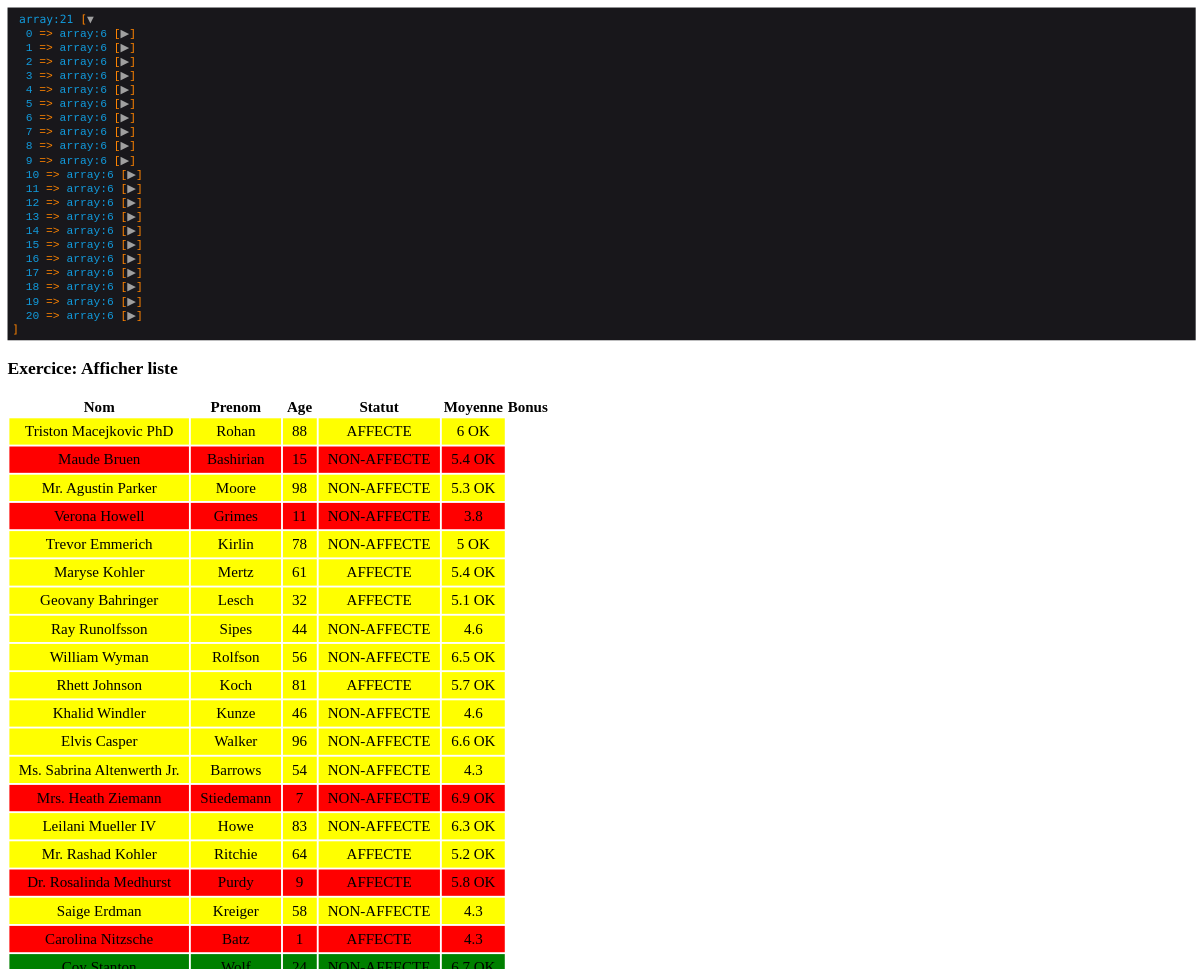
Repository: Bfabien99/PHPREPO
Page: http://localhost/
An editor plug-in stored every save of this project. The page is shown before and after a run of saves, followed by the edit.
The browser window is 1280 px wide. The pictures show the whole page, at 94% of full size.
The page is run by PHP 8.4 with error messages shown; the project is at /var/www/html/.

Above is the page before, as saved 2021-12-10 12:17:07.

After the next 3 saves:
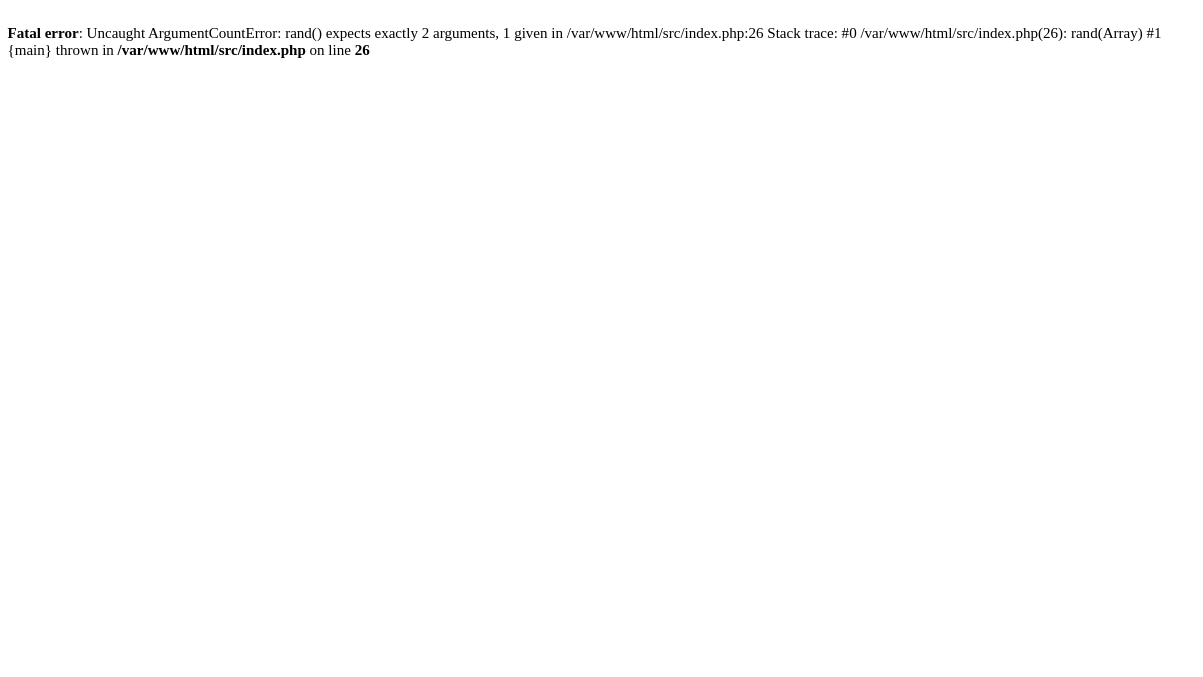
The 3 saves are shown as one change because they came seconds apart.
The last was saved 54 s later.
--- a/MakeFakeData/src/index.php
+++ b/MakeFakeData/src/index.php
@@ -23,7 +23,7 @@
 	}
 
 	$person["notes"] = $notes;
-	$person["bonus"] = [1,2,3];
+	$person["bonus"] = rand([1,2,3]);
 	$person["statut"] = $faker->randomElement(["AFFECTE","NON-AFFECTE"]);
 	$list[] = $person;
 	$i++;

After the 3 saves that followed:
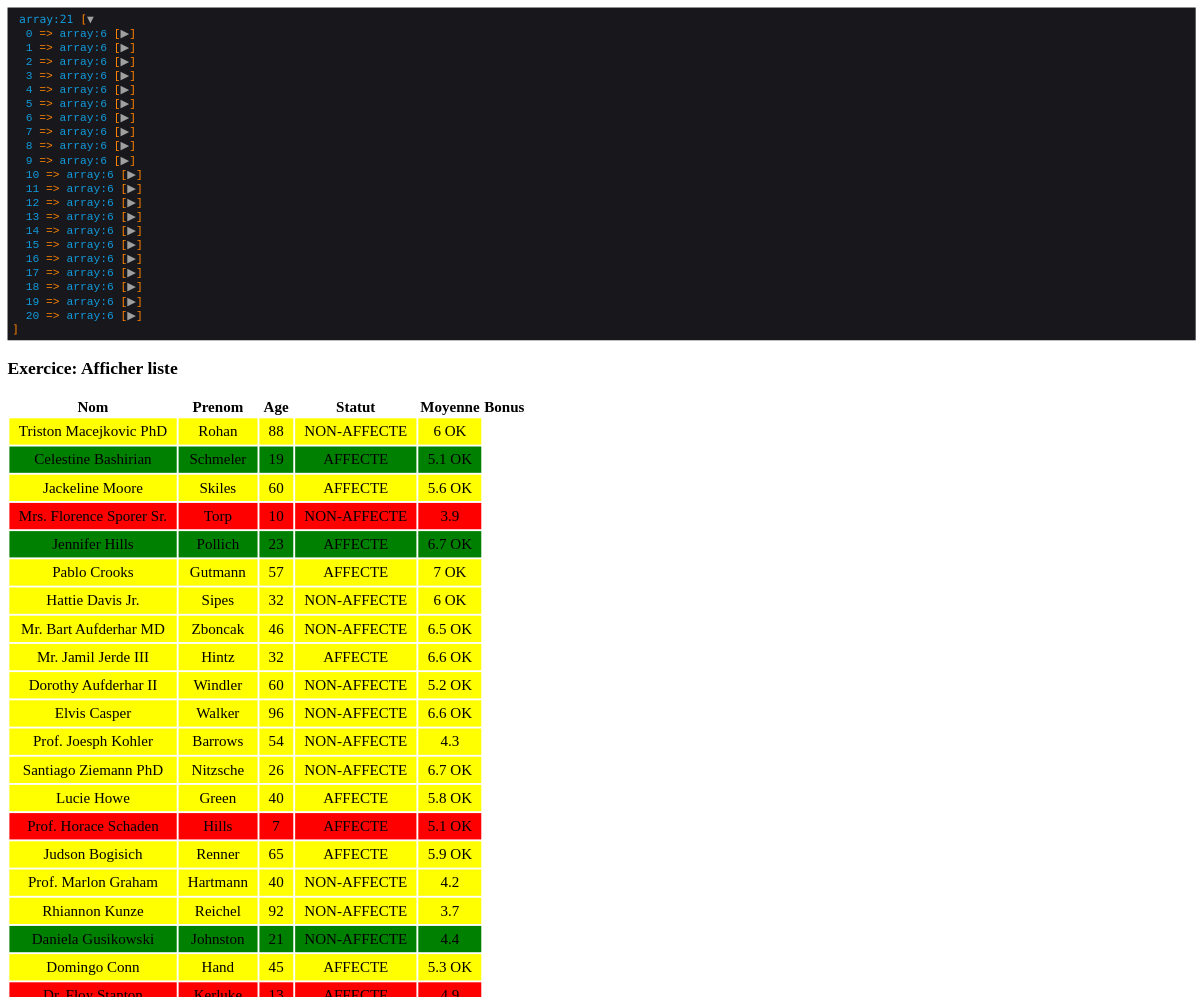
The 3 saves are shown as one change because they came seconds apart.
The last was saved 24 s later.
--- a/MakeFakeData/src/index.php
+++ b/MakeFakeData/src/index.php
@@ -23,7 +23,7 @@
 	}
 
 	$person["notes"] = $notes;
-	$person["bonus"] = rand([1,2,3]);
+	$person["bonus"] = rand(1,5);
 	$person["statut"] = $faker->randomElement(["AFFECTE","NON-AFFECTE"]);
 	$list[] = $person;
 	$i++;
